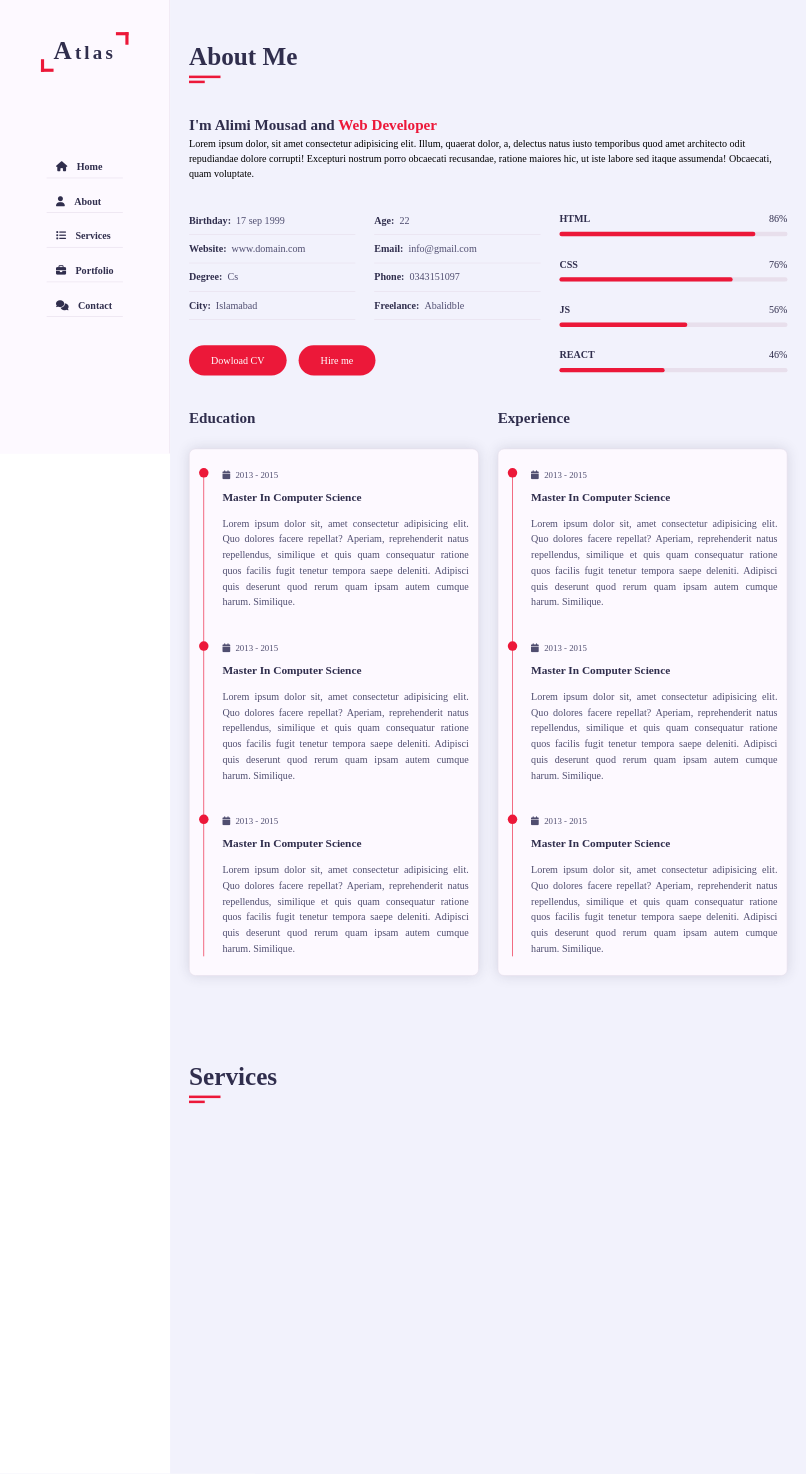
Repository: luanhoang0902/portfolio-ui
Page: index.html
An editor plug-in stored every save of this project. The page is shown before and after the next save, followed by the edit.
The browser window is 1280 px wide. The pictures show the whole page, at 63% of full size.
Some web fonts or font styles are not loaded; a fallback is used. Some web libraries are served in a nearby version.

Above is the page before, as saved 2022-06-03 11:06:40.

### index.html
<!DOCTYPE html>
<html lang="en">
  <head>
    <meta charset="UTF-8" />
    <meta http-equiv="X-UA-Compatible" content="IE=edge" />
    <meta name="viewport" content="width=device-width, initial-scale=1.0" />
    <title>Document</title>

    <!--  ===== CSS Files ===== -->
    <link rel="stylesheet" href="./css/style.css" />
    <link rel="stylesheet" href="./css/skins/color-1.css" />
    <link
      rel="stylesheet"
      href="https://cdnjs.cloudflare.com/ajax/libs/font-awesome/6.1.1/css/all.min.css"
    />
  </head>
  <body>
    <!--  ===== Main Container Start> ===== -->
    <div class="main-container">
      <!--  ===== Aside Start> ===== -->
      <div class="aside">
        <div class="logo">
          <a href="#"><span>A</span>tlas</a>
        </div>
        <div class="nav-toggler">
          <span></span>
        </div>
        <ul class="nav">
          <li>
            <a href="#"><i class="fa fa-home" class="active"></i>Home</a>
          </li>
          <li>
            <a href="#"><i class="fa fa-user"></i>About</a>
          </li>
          <li>
            <a href="#"><i class="fa fa-list"></i>Services</a>
          </li>
          <li>
            <a href="#"><i class="fa fa-briefcase"></i>Portfolio</a>
          </li>
          <li>
            <a href="#"><i class="fa fa-comments"></i>Contact</a>
          </li>
        </ul>
      </div>
      <!--  ===== Aside End> ===== -->
      <!--  ===== Main Content Start> ===== -->
      <div class="main-content">
        <!--  ===== Home Selection Start> ===== -->
        <section class="home section hidden">
          <div class="container">
            <div class="row">
              <div class="home-info padd-15">
                <h3 class="hello">
                  Hello, my name is <span class="name">Alimi Mousaad</span>
                </h3>
                <h3 class="my-profession">
                  I'm a <span class="typing">web designer</span>
                </h3>
                <p>
                  Lorem ipsum, dolor sit amet consectetur adipisicing elit.
                  Molestiae quos assumenda at illum nisi dolores sequi quisquam?
                  Eaque, earum temporibus.
                </p>
                <a href="#contact" class="btn hire-me">Hire Me</a>
              </div>
              <div class="home-img">
                <img src="./images/avatar.JPG" alt="" />
              </div>
            </div>
          </div>
        </section>
        <!--  ===== Home Selection End> ===== -->
        <!--  ===== About Selection Start> ===== -->
        <section class="about section ">
          <div class="container">
            <div class="row">
              <div class="section-title padd-15">
                <h2>About Me</h2>
              </div>
            </div>
            <div class="row">
              <div class="about-content padd-15">
                <div class="row">
                  <div class="about-text padd-15">
                    <h3>I'm Alimi Mousad and <span>Web Developer</span></h3>
                    <p>
                      Lorem ipsum dolor, sit amet consectetur adipisicing elit.
                      Illum, quaerat dolor, a, delectus natus iusto temporibus
                      quod amet architecto odit repudiandae dolore corrupti!
                      Excepturi nostrum porro obcaecati recusandae, ratione
                      maiores hic, ut iste labore sed itaque assumenda!
                      Obcaecati, quam voluptate.
                    </p>
                  </div>
                </div>
                <div class="row">
                  <div class="personal-info padd-15">
                    <div class="row">
                      <div class="info-item padd-15">
                        <p>Birthday: <span>17 sep 1999</span></p>
                      </div>
                      <div class="info-item padd-15">
                        <p>Age: <span>22</span></p>
                      </div>
                      <div class="info-item padd-15">
                        <p>Website: <span>www.domain.com</span></p>
                      </div>
                      <div class="info-item padd-15">
                        <p>Email: <span>info@gmail.com</span></p>
                      </div>
                      <div class="info-item padd-15">
                        <p>Degree: <span>Cs</span></p>
                      </div>
                      <div class="info-item padd-15">
                        <p>Phone: <span>0343151097</span></p>
                      </div>
                      <div class="info-item padd-15">
                        <p>City: <span>Islamabad</span></p>
                      </div>
                      <div class="info-item padd-15">
                        <p>Freelance: <span>Abalidble</span></p>
                      </div>
                    </div>
                    <div class="row">
                      <div class="buttons padd-15">
                        <a href="#" class="btn">Dowload CV</a>
                        <a href="#contact" class="btn hire-me">Hire me</a>
                      </div>
                    </div>
                  </div>
                  <div class="skills padd-15">
                    <div class="row">
                      <div class="skill-item padd-15">
                        <h5>HTML</h5>
                        <div class="progress">
                          <div class="progress-in" style="width: 86%"></div>
                          <div class="skill-percent">86%</div>
                        </div>
                      </div>
                      <div class="skill-item padd-15">
                        <h5>CSS</h5>
                        <div class="progress">
                          <div class="progress-in" style="width: 76%"></div>
                          <div class="skill-percent">76%</div>
                        </div>
                      </div>
                      <div class="skill-item padd-15">
                        <h5>JS</h5>
                        <div class="progress">
                          <div class="progress-in" style="width: 56%"></div>
                          <div class="skill-percent">56%</div>
                        </div>
                      </div>
                      <div class="skill-item padd-15">
                        <h5>REACT</h5>
                        <div class="progress">
                          <div class="progress-in" style="width: 46%"></div>
                          <div class="skill-percent">46%</div>
                        </div>
                      </div>
                    </div>
                  </div>
                </div>
                <div class="row">
                  <div class="education padd-15">
                    <h3 class="title">Education</h3>
                    <div class="row">
                      <div class="timeline-box padd-15">
                        <div class="timeline shadow-dark">
                          <!-- ===== timeline item ===== -->
                          <div class="timeline-item">
                            <div class="circle-dot"></div>
                            <h3 class="timeline-date">
                              <i class="fa fa-calendar"></i> 2013 - 2015
                            </h3>
                            <h4 class="timeline-title">
                              Master in Computer Science
                            </h4>
                            <p class="timeline-text">
                              Lorem ipsum dolor sit, amet consectetur
                              adipisicing elit. Quo dolores facere repellat?
                              Aperiam, reprehenderit natus repellendus,
                              similique et quis quam consequatur ratione quos
                              facilis fugit tenetur tempora saepe deleniti.
                              Adipisci quis deserunt quod rerum quam ipsam autem
                              cumque harum. Similique.
                            </p>
                          </div>
                          <!-- ===== timeline item ===== -->
                          <div class="timeline-item">
                            <div class="circle-dot"></div>
                            <h3 class="timeline-date">
                              <i class="fa fa-calendar"></i> 2013 - 2015
                            </h3>
                            <h4 class="timeline-title">
                              Master in Computer Science
                            </h4>
                            <p class="timeline-text">
                              Lorem ipsum dolor sit, amet consectetur
                              adipisicing elit. Quo dolores facere repellat?
                              Aperiam, reprehenderit natus repellendus,
                              similique et quis quam consequatur ratione quos
                              facilis fugit tenetur tempora saepe deleniti.
                              Adipisci quis deserunt quod rerum quam ipsam autem
                              cumque harum. Similique.
                            </p>
                          </div>
                          <!-- ===== timeline item ===== -->
                          <div class="timeline-item">
                            <div class="circle-dot"></div>
                            <h3 class="timeline-date">
                              <i class="fa fa-calendar"></i> 2013 - 2015
                            </h3>
                            <h4 class="timeline-title">
                              Master in Computer Science
                            </h4>
                            <p class="timeline-text">
                              Lorem ipsum dolor sit, amet consectetur
                              adipisicing elit. Quo dolores facere repellat?
                              Aperiam, reprehenderit natus repellendus,
                              similique et quis quam consequatur ratione quos
                              facilis fugit tenetur tempora saepe deleniti.
                              Adipisci quis deserunt quod rerum quam ipsam autem
                              cumque harum. Similique.
                            </p>
                          </div>
                        </div>
                      </div>
                    </div>
                  </div>
                  <div class="experience padd-15">
                    <h3 class="title">Experience</h3>
                    <div class="row">
                      <div class="timeline-box padd-15">
                        <div class="timeline shadow-dark">
                          <!-- ===== timeline item ===== -->
                          <div class="timeline-item">
                            <div class="circle-dot"></div>
                            <h3 class="timeline-date">
                              <i class="fa fa-calendar"></i> 2013 - 2015
                            </h3>
                            <h4 class="timeline-title">
                              Master in Computer Science
                            </h4>
                            <p class="timeline-text">
                              Lorem ipsum dolor sit, amet consectetur
                              adipisicing elit. Quo dolores facere repellat?
                              Aperiam, reprehenderit natus repellendus,
                              similique et quis quam consequatur ratione quos
                              facilis fugit tenetur tempora saepe deleniti.
                              Adipisci quis deserunt quod rerum quam ipsam autem
                              cumque harum. Similique.
                            </p>
                          </div>
                          <!-- ===== timeline item ===== -->
                          <div class="timeline-item">
                            <div class="circle-dot"></div>
                            <h3 class="timeline-date">
                              <i class="fa fa-calendar"></i> 2013 - 2015
                            </h3>
                            <h4 class="timeline-title">
                              Master in Computer Science
                            </h4>
                            <p class="timeline-text">
                              Lorem ipsum dolor sit, amet consectetur
                              adipisicing elit. Quo dolores facere repellat?
                              Aperiam, reprehenderit natus repellendus,
                              similique et quis quam consequatur ratione quos
                              facilis fugit tenetur tempora saepe deleniti.
                              Adipisci quis deserunt quod rerum quam ipsam autem
                              cumque harum. Similique.
                            </p>
                          </div>
                          <!-- ===== timeline item ===== -->
                          <div class="timeline-item">
                            <div class="circle-dot"></div>
                            <h3 class="timeline-date">
                              <i class="fa fa-calendar"></i> 2013 - 2015
                            </h3>
                            <h4 class="timeline-title">
                              Master in Computer Science
                            </h4>
                            <p class="timeline-text">
                              Lorem ipsum dolor sit, amet consectetur
                              adipisicing elit. Quo dolores facere repellat?
                              Aperiam, reprehenderit natus repellendus,
                              similique et quis quam consequatur ratione quos
                              facilis fugit tenetur tempora saepe deleniti.
                              Adipisci quis deserunt quod rerum quam ipsam autem
                              cumque harum. Similique.
                            </p>
                          </div>
                        </div>
                      </div>
                    </div>
                  </div>
                </div>
              </div>
            </div>
          </div>
        </section>
        <!--  ===== About Selection End> ===== -->
        <!--  ===== Services Selection Start> ===== -->
        <section class="service section">
          <div class="container">
            <div class="row">
              <div class="section-title padd-15">
                <h2>Services</h2>
              </div>
            </div>
          </div>
        </section>
        <!--  ===== Services Selection End> ===== -->
      </div>
      <!--  ===== Main Content End> ===== -->
    </div>
    <!--  ===== Main Container End> ===== -->
    <!--  ===== JS Files ===== -->
    <script src="js/script.js"></script>
  </body>
</html>

### css/style.css
/* import font chữ vào */
@import url('https://fonts.googleapis.com/css2?family=Clicker+Script&family=Montserrat:ital,wght@1,100&family=Poppins:ital,wght@0,200;0,300;0,400;0,500;0,700;1,600&display=swap');
/* Khai báo biến */
:root
{
    --bg-black-900: #f2f2fc;
    --bg-black-100: #fdf9ff;
    --bg-black-50: #e8dfec;

    --text-black-900: #302e4d;
    --text-black-700: #504e70;
}

body
{
    line-height: 1.5;
    font-size: 16px;
    font-family: 'Poopins' sans-serif;
}

*
{
    margin: 0;
    padding: 0;
    outline: none;
    text-decoration: none;
    box-sizing: border-box;
}

::before,::after {
    box-sizing: border-box;
}

ul
{
    list-style: none;
}
.section
{
    background: var(--bg-black-900);
    min-height: 100vh;
    display: block;
    padding: 0 30px;
    left: 270px;
    opacity: 1;
}
.hidden
{
    display: none !important;
}
.main-content
{
    padding-left: 270px;
}
.padd-15
{
    padding-left: 15px;
    padding-right: 15px;
}
.container
{
    max-width: 1100px;
    width: 100%;
    margin: auto;
}
.section .container
{
    padding-top: 60px;
    padding-bottom: 70px;
}
.section-title
{
     flex: 0 0 100%;
     min-width: 100%;
     margin-bottom: 60px;
}
.section-title h2
{
    font-size: 40px;
    color: var(--text-black-900);
    font-weight: 700;
    position: relative;
}
.section-title h2::before
{
    content: '';
    height: 4px;
    width: 50px;
    background-color: var(--skin-color);
    position:absolute;
    top: 100%;
    left: 0;
}
.section-title h2::after
{
    content: '';
    height: 4px;
    width: 25px;
    background-color: var(--skin-color);
    position:absolute;
    top: 100%;
    left: 0;
    margin-top: 8px;
}
.row
{
    display: flex;
    flex-wrap: wrap;
    margin-left: -15px;
    margin-right: -15px;
    position: relative;
}
.btn
{
    font-size: 16px;
    font-weight: 500;
    padding: 12px 35px;
    color: white;
    border-radius: 40px;
    display: inline-block;
    white-space: nowrap;
    border: none;
    background: var(--skin-color);
    transition: all 0.3s ease;
}
.btn:hover
{
    transform: scale(1.05);
}
.shadow-dark
{
    box-shadow: 0 0 20px rgba(48, 46, 77, 0.15);
}
/* aside */
.aside
{
    position: fixed;
    left: 0;
    top: 0;

    display: flex;
    justify-content: center;
    align-items: center;

    width: 270px;

    background: var(--bg-black-100);

    border-right: 1px solid var(--bg-black-50);
    padding: 30px;
    height: 100%;
    z-index: 10;
}
.aside .logo
{
    position: absolute;
    top: 50px;
    font-size: 30px;
    text-transform: capitalize;
}
.aside .logo a
{
    position: relative;
    color: var(--text-black-900);
    font-weight: 700;

    padding: 15px 20px;
    font-size:30px;
    letter-spacing: 5px;
}
.aside .logo a span
{
    font-family: 'Clicker Script', cursive;
    font-size: 40px;
}
.aside .logo a::before
{
    content: '';
    position: absolute;
    bottom: 0;
    left: 0;
    width: 20px;
    height: 20px;

    border-bottom: 5px solid var(--skin-color);
    border-left: 5px solid var(--skin-color);
}
.aside .logo a::after
{
    content: '';
    position: absolute;
    top: 0;
    right: 0;
    width: 20px;
    height: 20px;

    border-top: 5px solid var(--skin-color);
    border-right: 5px solid var(--skin-color);
}
.aside .nav-toggler
{
    height: 40px;
    width: 45px;
    border: 1px solid var(--bg-black-50);
    cursor: pointer;
    position: fixed;
    left: 300px;
    top: 20px;
    border-radius: 5px;
    background: var(--bg-black-100);
    display: none;
    justify-content: center;
    align-items: center;
}
.aside .nav-toggler span
{
    height: 2px;
    width: 18px;
    background: var(--skin-color);
    display: inline-block;
    position: relative;
}
.aside .nav-toggler span::before
{
    content: '';
    height: 2px;
    width: 18px;
    background: var(--skin-color);
    position: absolute;
    top: -6px;
    left: 0;
}
.aside .nav-toggler span::after
{
    content: '';
    height: 2px;
    width: 18px;
    background: var(--skin-color);
    position: absolute;
    top: 6px;
    left: 0;
}
.aside .nav
{
    margin-top: 50px;
}
.aside .nav li
{
    margin-bottom: 20px;
    display: block;
}
.aside .nav li a
{
    font-size: 16px;
    font-weight: 600;
    display: block;
    border-bottom: 1px solid var(--bg-black-50);
    color: var(--text-black-900);
    padding: 5px 15px;
}
.aside .nav li a.active
{
    color: var(--skin-color);
}
.aside .nav li a i
{
    margin-right: 15px;
}
/* Home */
.home
{
    min-height: 100vh;
    display: flex;
    color: var(--text-black-900);
}
.home .home-info
{
    flex: 0 0 60%;
    min-width: 60%;
}
h3.hello
{
    font-size: 28px;
    margin: 15px 0;
}
h3.hello span
{
    font-family: 'Clicker Script', cursive;
    font-size: 30px;
    font-weight: 700;
    color: var(--skin-color);
}
h3.my-profession
{
    font-size: 30px;
    margin: 15px 0;
}
.typing
{
    color: var(--skin-color);
}
.home-info p
{
    margin-bottom: 70px;
    font-size: 20px;
    color: var(--text-black-700);
}
.home .home-img
{
    flex: 0 0 40%;
    min-width: 40%;
    text-align: center;
    position: relative;

}
.home-img::after
{
    content: '';
    position: absolute;
    height: 80px;
    width: 80px;
    border-bottom: 10px solid var(--skin-color);
    border-right: 10px solid var(--skin-color);
    right: 20px;
    bottom: -40px;
}
.home-img::before
{
    content: '';
    position: absolute;
    height: 80px;
    width: 80px;
    border-top: 10px solid var(--skin-color);
    border-left: 10px solid var(--skin-color);
    left: 20px;
    top: -40px;
}
.home .home-img img
{
    height: 400px;
    width: 300px;
    object-fit: cover;

    margin: auto;
    border-radius: 5px;
}
/* About */
.about .about-content
{
    flex: 0 0 100%;
    min-width: 100%;

}
.about .about-content .about-text
{
    flex: 0 0 100%;
    max-width: 100%;
}
.about .about-content .about-text h3
{
    font-size: 24px;
    border-bottom: 15px;
    font-weight: 700;
    color: var(--text-black-900);
}
.about .about-content .about-text h3 span
{
    color: var(--skin-color);
}
.about .about-content .personal-info
{
    flex: 0 0 60%;
    max-width: 60%;
    margin-top: 40px;
}
.about .about-content .personal-info .info-item
{
    flex: 0 0 50%;
    max-width: 100%;
}
.about .about-content .personal-info .info-item p
{
    font-weight: 600;
    padding: 10px 0;
    font-size: 16px;
    color: var(--text-black-900);
    border-bottom: 1px solid var(--bg-black-50);
}
.about .about-content .personal-info .info-item p span
{
    font-weight: 400;
    color: var(--text-black-700);
    margin-left: 4px;
    display: inline-block;

}
.about .about-content .personal-info .buttons
{
    margin-top: 30px;

}
.about .about-content .personal-info .buttons .btn
{
    margin-right: 15px;
    margin-top: 10px;
}
.about .about-content .skills
{
    flex: 0 0 40%;
    max-width: 40%;
    margin-top: 40px;
}
.about .about-content .skills .skill-item
{
    flex: 0 0 100%;
    max-width: 100%;
}
.about .about-content .skills .skill-item h5
{
    line-height: 40px;
    font-weight: 600;
    font-size: 16px;
    color: var(--text-black-900);
    text-transform: capitalize;
}
.about .about-content .skills .skill-item .progress
{
    background: var(--bg-black-50);
    height: 7px;
    border-radius: 4px;
    width: 100%;
    position: relative;
}
.about .about-content .skills .skill-item
{
    margin-bottom: 25px;

}
.about .about-content .skills .skill-item .progress-in
{
    position: absolute;
    left: 0;
    top: 0;
    height: 100%;
    border-radius: 4px;
    background-color: var(--skin-color);
}
.about .about-content .skills .skill-item .skill-percent
{
    position: absolute;
    right: 0;
    color: var(--text-black-900);
    top: -40px;
    font-weight: 400;
    line-height: 40px;
}
.about .about-content .education,
.about .about-content .experience
{
    flex: 0 0 50%;
    max-width: 50%;
    margin-top: 30px;
}
.about .about-content h3.title
{
    font-size: 24px;
    margin-bottom: 30px;
    font-weight: 700;
    color: var(--text-black-900);

}
.about .about-content .timeline-box
{
    flex: 0 0 100%;
    max-width: 100%;
}
.about .about-content .timeline
{
    background: var(--bg-black-100);
    padding: 30px 15px;
    border: 1px solid var(--bg-black-50);
    border-radius: 10px;
    width: 100%;
    position: relative;
}
.about .about-content .timeline .timeline-item
{
    position: relative;
    padding-left: 37px;
    padding-bottom: 50px;

}
.about .about-content .timeline .timeline-item:last-child
{
    padding-bottom: 0;
}
.about .about-content .timeline .timeline-item::before
{
    content: '';
    width: 1px;
    position: absolute;
    height: 100%;
    left: 7px;
    top: 0;
    background: var(--skin-color);
}
.about .about-content .timeline .circle-dot
{
    position: absolute;
    left: 0;
    top: 0;
    height: 15px;
    width: 15px;
    border-radius: 50%;
    background: var(--skin-color);
}
.about .about-content .timeline .timeline-date
{
    font-weight: 400;
    font-size: 14px;
    margin-bottom: 12px;
    color: var(--text-black-700);
}
.about .about-content .timeline .timeline-date .fa
{
    margin-right: 5px;
}
.about .about-content .timeline .timeline-title
{
    font-weight: 700;
    font-size: 18px;
    margin-bottom: 15px;
    text-transform: capitalize;
    color: var(--text-black-900);
}
.about .about-content .timeline .timeline-text{
    line-height: 25px;
    font-size: 16px;
    text-align: justify;
    color: var(--text-black-700);
}

Loaded but not shown: css/skins/color-1.css (common file); js/script.js (no copy from this time; the picture is the same without it)

After the next save:
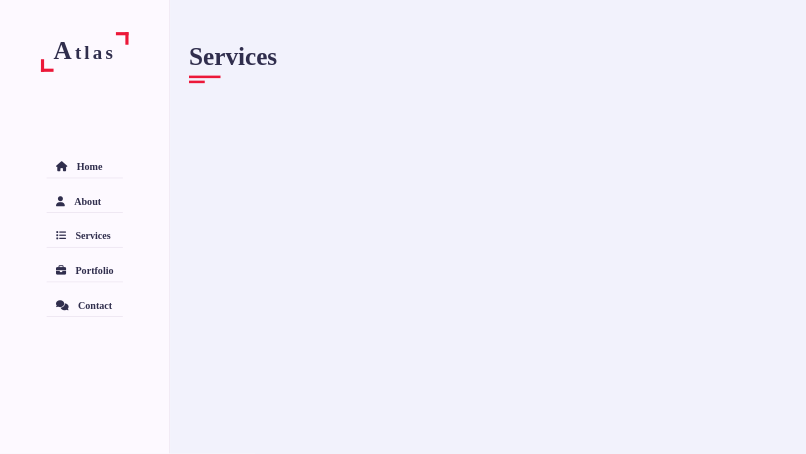
Saved 22 s later.
--- a/index.html
+++ b/index.html
@@ -72,7 +72,7 @@
         </section>
         <!--  ===== Home Selection End> ===== -->
         <!--  ===== About Selection Start> ===== -->
-        <section class="about section ">
+        <section class="about section hidden">
           <div class="container">
             <div class="row">
               <div class="section-title padd-15">
